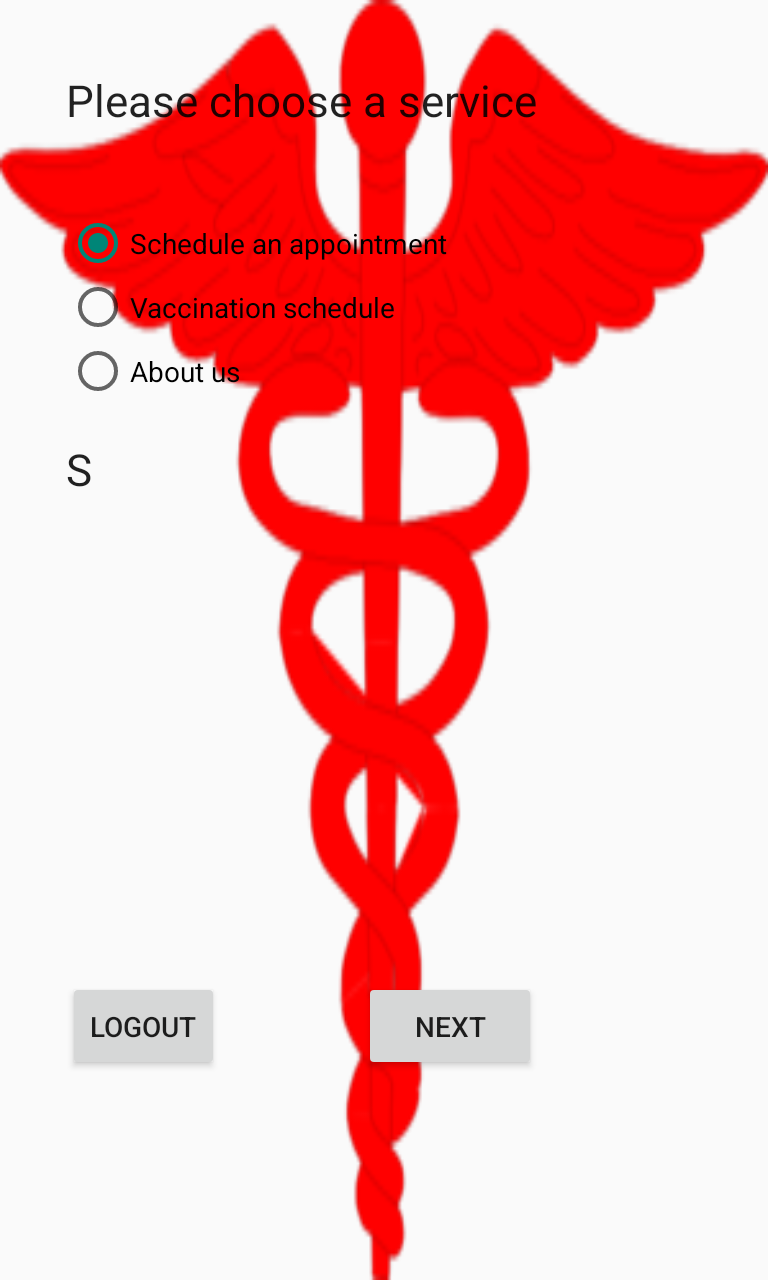
Repository: nave29/sem_1
Layout: VERSION_0.0/sem1_gica/res/layout/activity_list_services.xml
The author's editor kept a copy of each file at every save. The layout is drawn from the files as they stood at one save, then again after the next save.
It is drawn on a 768 x 1280 px phone screen (xhdpi) without system bars, with theme AppTheme; the app's code is not run.

Above is the layout before, as saved 2014-09-09 06:46:42.

After the next save:
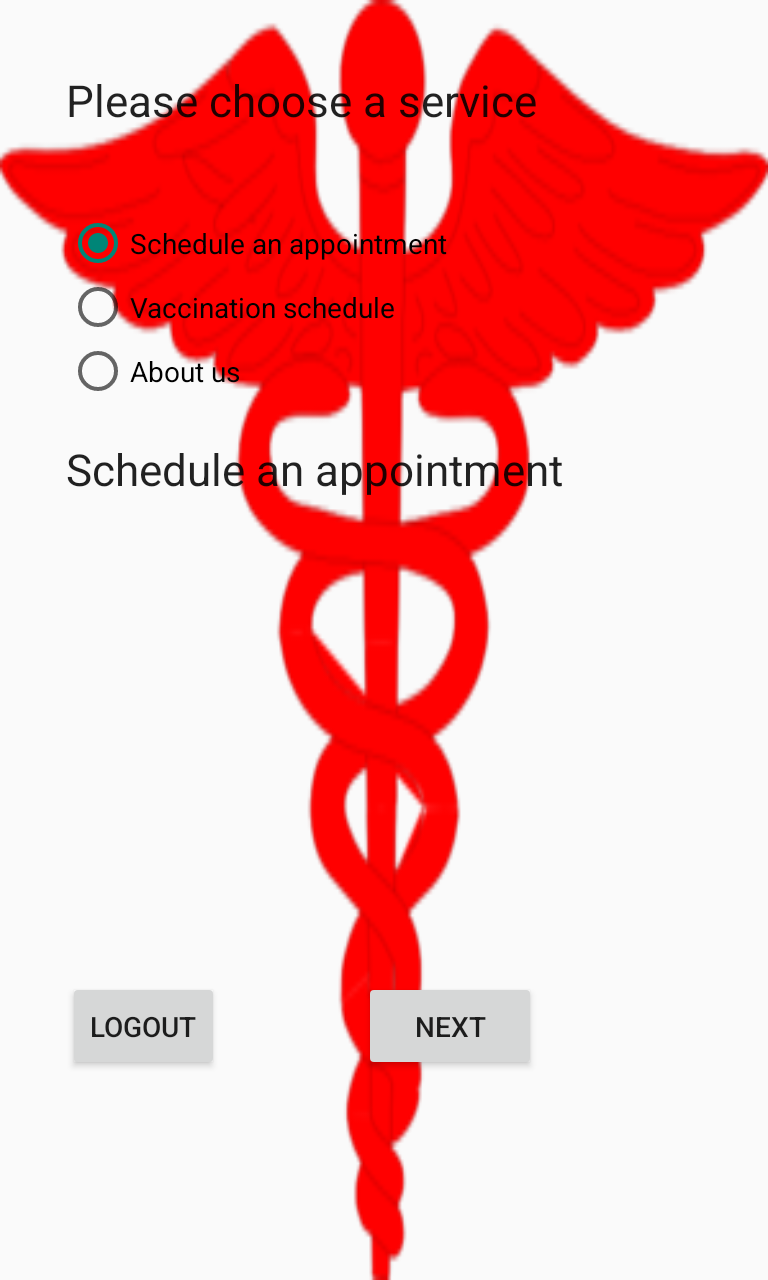
Saved 7 s later.
--- a/VERSION_0.0/sem1_gica/res/layout/activity_list_services.xml
+++ b/VERSION_0.0/sem1_gica/res/layout/activity_list_services.xml
@@ -82,7 +82,7 @@
         android:layout_alignLeft="@+id/radioGroup2"
         android:layout_below="@+id/radioGroup2"
         android:layout_marginTop="18dp"
-        android:text="S"
+        android:text="Schedule an appointment"
         android:textAppearance="?android:attr/textAppearanceLarge" />
 
 </RelativeLayout>
